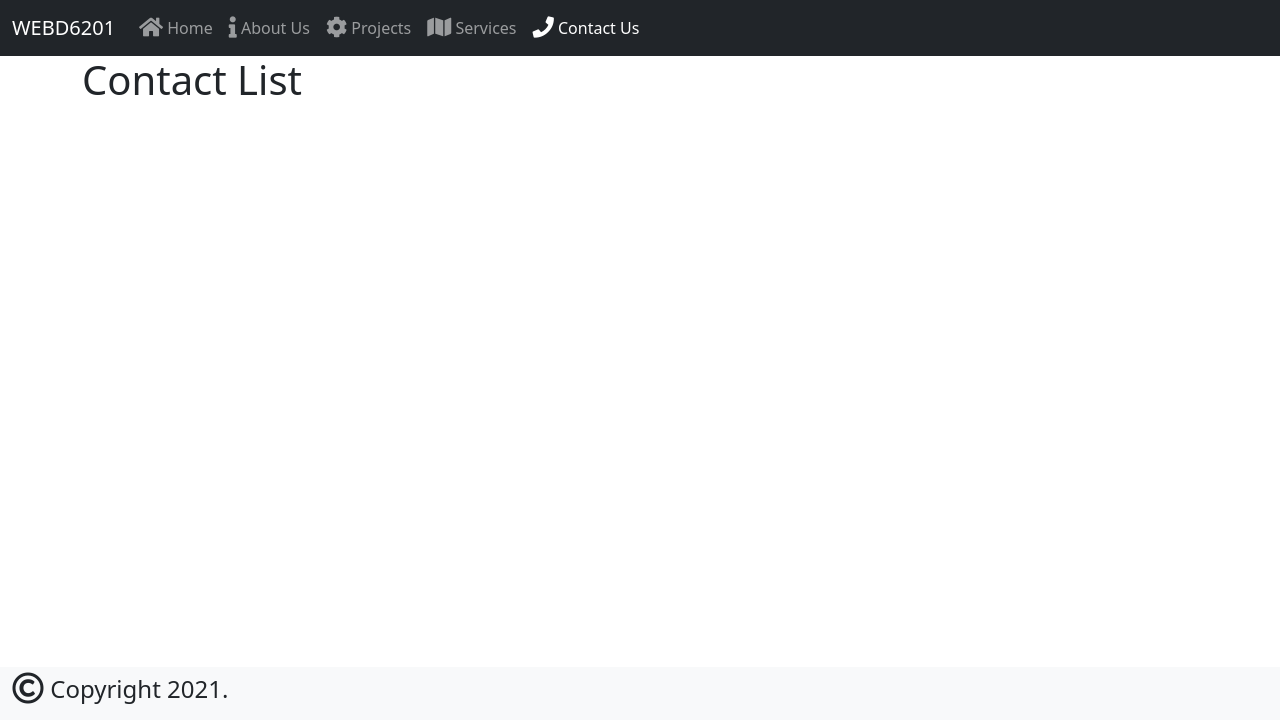
Repository: Sub4Sub/Ice-2
Page: contact-list.html
The author's editor kept a copy of each file at every save. The page is drawn from the files as they stood at one save, then again after the next save.
The browser window is 1280 px wide. The pictures show the whole page.

Above is the page before, as saved 2021-01-29 17:10:18.
Console error: TypeError: Cannot set properties of null (setting 'hidden')

### contact-list.html
<!DOCTYPE html>
<html lang="en">
<head>
    <meta charset="UTF-8">
    <meta name="viewport" content="width=device-width, initial-scale=1.0">
    <title>Contact</title>
    <!-- CSS Section -->
    <link rel="stylesheet" href="./node_modules/bootstrap/dist/css/bootstrap.min.css">
    <link rel="stylesheet" href="./node_modules/@fortawesome/fontawesome-free/css/all.min.css">
    <link rel="stylesheet" href="./Content/app.css">
</head>
<body>
    <!-- Main Header -->
    <header>
        <!-- Main Navigation -->
        <nav class="navbar navbar-expand-lg navbar-dark bg-dark">
            <div class="container-fluid">
              <a class="navbar-brand" href="index.html">WEBD6201</a>
              <button class="navbar-toggler" type="button" data-bs-toggle="collapse" data-bs-target="#navbarSupportedContent" aria-controls="navbarSupportedContent" aria-expanded="false" aria-label="Toggle navigation">
                <span class="navbar-toggler-icon"></span>
              </button>
              <div class="collapse navbar-collapse" id="navbarSupportedContent">
                <ul class="navbar-nav me-auto mb-2 mb-lg-0">
                  <li class="nav-item">
                    <a class="nav-link" aria-current="page" href="index.html"><i class="fas fa-home fa-lg"></i> Home</a>
                  </li>

                  <li class="nav-item">
                    <a class="nav-link" aria-current="page" href="about.html"><i class="fas fa-info fa-lg"></i> About Us</a>
                  </li>

                  <li class="nav-item">
                    <a class="nav-link" aria-current="page" href="projects.html"><i class="fas fa-cog fa-lg"></i> Projects</a>
                  </li>

                  <li class="nav-item">
                    <a class="nav-link" aria-current="page" href="services.html"><i class="fas fa-map fa-lg"></i> Services</a>
                  </li>

                  <li class="nav-item">
                    <a class="nav-link active" aria-current="page" href="contact.html"><i class="fas fa-phone fa-lg"></i> Contact Us</a>
                  </li>
                </ul>
              </div>
            </div>
          </nav>
    </header>

    <!-- Main Content -->
    <main class="container">
        <h1>Contact List</h1>
    </main>

    <!-- Main Footer -->
    <footer>
        <nav class="navbar fixed-bottom navbar-light bg-light">
            <div class="container-fluid">
              <h4><i class="far fa-copyright fa-lg"></i> Copyright 2021.</h4>
            </div>
          </nav>
    </footer>

    <!-- Script Section-->
    <script src="./node_modules/jquery/dist/jquery.min.js"></script>
    <script src="./node_modules/bootstrap/dist/js/bootstrap.bundle.min.js"></script>

    <script src="./Scripts/contact.js"></script>
    <script src="./Scripts/app.js"></script>
</body>
</html>

### Scripts/contact.js
class Contact{
    // Constructor
    constructor(fullName, contactNumber, emailAddress)
    {
      this.m_fullName = fullName;
      this.m_contactNumber= contactNumber;
      this.m_emailAddress = emailAddress;
    }

    // Getters and Setters
    get fullName()
    {
      return this.m_fullName;
    }

    set fullName(full_name)
    {
      this.m_fullName = full_name;
    }

    get contactNumber()
    {
      return this.m_contactNumber;
    }

    set contactNumber(contact_number)
    {
      this.m_contactNumber = contact_number;
    }

    get emailAddress()
    {
      return this.m_emailAddress;
    }

    set emailAddress(email_address)
    {
      this.m_emailAddress = email_address;
    }

   // functions
  splitFullName()
  {
    let names = this.fullName.split(" ")
    this.firstName = names[0];
    this.lastName = names[1];
  }

  toString()
  {
    let contactString = `Full Name: ${this.fullName}\nContact Number: ${this.contactNumber}\nEmail Address: ${this.emailAddress}`;

    return contactString;
  }

  toJSON()
  {
    let json = {};
    json.contactNumber = this.contactNumber;
    json.fullName = this.fullName;
    json.emailAddress = this.emailAddress;

    return
  }

  serialize()
  {
    return `${this.fullName},${this.contactNumber},${this.emailAddress}`;
  }

  deserialize()
  {
    let properties = data.split(",");
    this.fullName = properties[0];
    this.contactNumber = properties[1];
    this.emailAddress = properties[2];
  }

}

### Scripts/app.js
/* custom JavaScript goes here */

//IIFE - Immediately Invoked Function Expression
//AKA - Anonymous Self-Executing Function
//Closure - limits scope leak

"use strict";


(function()
{
    function displayHome()
    {
        let paragraphOneText =
          "This is a simple site to demonstrate DOM Manipulation for ICE 1";

        let paragraphOneElement = document.getElementById("paragraphOne");

        paragraphOneElement.textContent = paragraphOneText;
        paragraphOneElement.className = "fs-5";

        // Step 1. document.createElement
        let newParagraph = document.createElement("p");
        // Step 2. configure the element
        newParagraph.setAttribute("id", "paragraphTwo");
        newParagraph.textContent = "...And this is paragraph two";
        // Step 3. select the parent element
        let mainContent = document.getElementsByTagName("main")[0];
        // Step 4. Add / Insert the element
        mainContent.appendChild(newParagraph);

        newParagraph.className = "fs-6";

        // another way of injecting content
        let paragraphDiv = document.createElement("div");
        let paragraphThree = `<p id="paragraphThree" class="fs-7 fw-bold">And this is the Third Paragraph</p>`;
        paragraphDiv.innerHTML = paragraphThree;

        // insertions

        // example of inserting before a node
        //newParagraph.before(paragraphDiv);

        // example of inserting after a node
        newParagraph.after(paragraphDiv);

        // deletions

        // example of removing a single element
        //paragraphOneElement.remove();

        // example of removeChild
        mainContent.removeChild(paragraphOneElement);

        // update / modification
        //mainContent.firstElementChild.textContent = "Welcome Home!";

        mainContent.innerHTML = `<h1 id="firstHeading">Welcome to WEBD6201 - Lab 1</h1>
         <p id="paragraphOne" class="fs-3 fw-bold">This is my first Paragraph</p>
        `;

    }

    function displayAbout()
    {

    }

    function displayProjects()
    {

    }

    function displayServices()
    {

    }

    function displayContact()
    {
        let messageArea = document.getElementById("messageArea");
        messageArea.hidden = true;

        // form validation
        let fullName = document.getElementById("fullName");
        fullName.addEventListener("blur", function() {
            if(fullName.value.length < 2)
            {
                fullName.focus();
                fullName.select();
                messageArea.hidden = false;
                messageArea.className = "alert alert-danger";
                messageArea.textContent = "Please enter an appropriate Name";
            }
            else
            {
                messageArea.removeAttribute("class");
                messageArea.hidden = true;
            }
        });

        let sendButton = document.getElementById("sendButton");
        sendButton.addEventListener("click", function(event){
            event.preventDefault();

            let contact = new Contact(fullName.value, contactNumber.value, emailAddress.value);

            console.log(contact.toJSON());

            localStorage.setItem(localStorage.length.toString(), contact);
        });
    }

    function displayContactList()
    {

    }

    function Start()
    {
        console.log("App Started...");

        switch (document.title)
        {
          case "Home":
              displayHome();
            break;
          case "About":
              displayAbout();
            break;
          case "Projects":
              displayProjects();
            break;
          case "Services":
              displayServices();
            break;
          case "Contact":
              displayContact();
            break;
          case "Contact-List":
              displayContactList();
            break;
        }

    }

    window.addEventListener("load", Start);

})();

Loaded but not shown: node_modules/bootstrap/dist/css/bootstrap.min.css (library); node_modules/@fortawesome/fontawesome-free/css/all.min.css (library); Content/app.css (common file); node_modules/jquery/dist/jquery.min.js (library); node_modules/bootstrap/dist/js/bootstrap.bundle.min.js (library)

After the next save:
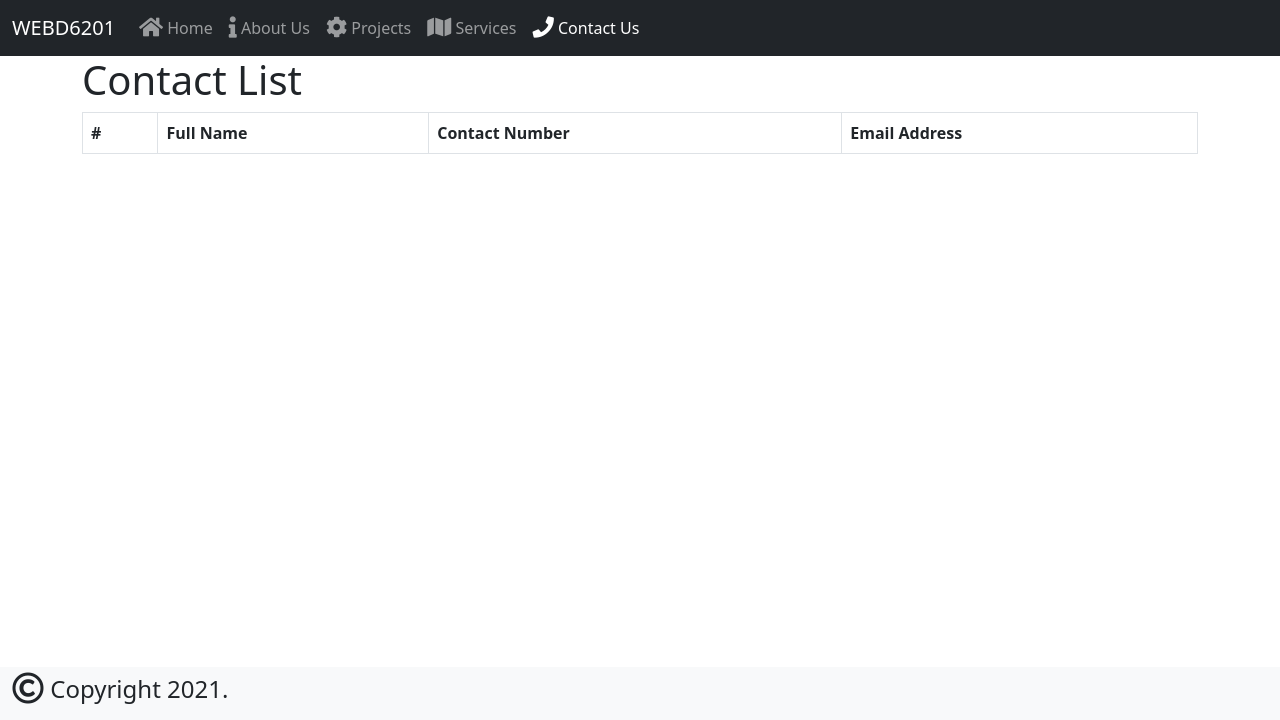
Saved 107 s later.
--- a/contact-list.html
+++ b/contact-list.html
@@ -49,6 +49,23 @@
     <!-- Main Content -->
     <main class="container">
         <h1>Contact List</h1>
+        <div class="row">
+          <div class="col">
+            <table class="table table-striped table-bordered table-hover">
+              <thead>
+                <tr>
+                  <th scope="col">#</th>
+                  <th scope="col">Full Name</th>
+                  <th scope="col">Contact Number</th>
+                  <th scope="col">Email Address</th>
+                </tr>
+              </thead>
+              <tbody id="contactList">
+
+              </tbody>
+            </table>
+          </div>
+        </div>
     </main>
 
     <!-- Main Footer -->
